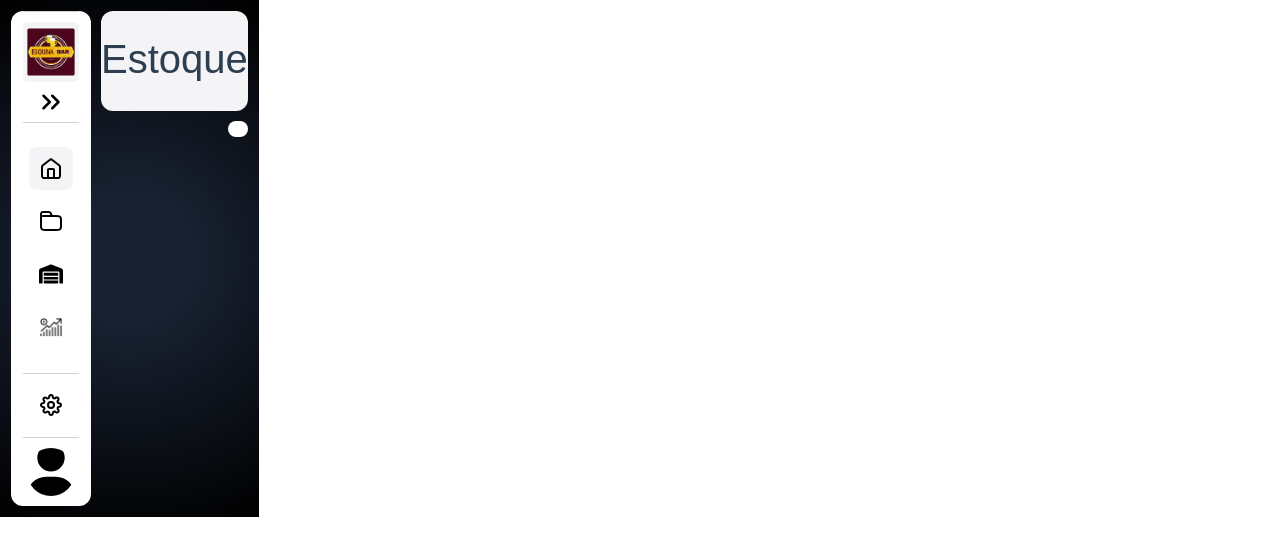
Repository: jazaoo13/Projeto_Oficina_Integracao
Page: / (app in Aplicacao_vue/)
These files come from the project's save history. The page is drawn as it stood at one moment and after the next save; the edit follows.
The browser window is 1280 px wide. The pictures show the whole page.
The page's requests for data from a server got no answer. The project was rebuilt for these pictures with package versions that can differ from the ones it lists, and the page was loaded fresh each time. No one was signed in, and anything a server would have sent is missing. Also part of the build but not shown: Aplicacao_vue/vue.config.js, Aplicacao_vue/src/View/jazao.vue.

Above is the page before, as saved 2023-12-02 21:12:33.

### Aplicacao_vue/public/index.html
<!DOCTYPE html>
<html lang="">
  <head>
    <meta charset="utf-8">
    <meta name="viewport" content="width=device-width, initial-scale=1">
    <meta http-equiv="X-UA-Compatible" content="IE=edge">
    <meta name="viewport" content="width=device-width,initial-scale=1.0">
    <link rel="icon" href="<%= BASE_URL %>favicon.ico">
    <link href="https://cdn.jsdelivr.net/npm/bootstrap@5.3.2/dist/css/bootstrap.min.css" rel="stylesheet" integrity="sha384-T3c6CoIi6uLrA9TneNEoa7RxnatzjcDSCmG1MXxSR1GAsXEV/Dwwykc2MPK8M2HN" crossorigin="anonymous">
    <title>Controle de Bebidas</title>
  </head>
  <body>
    <script src="https://cdn.jsdelivr.net/npm/bootstrap@5.3.2/dist/js/bootstrap.bundle.min.js" integrity="sha384-C6RzsynM9kWDrMNeT87bh95OGNyZPhcTNXj1NW7RuBCsyN/o0jlpcV8Qyq46cDfL" crossorigin="anonymous"></script>
    <div id="app"></div>
    <!-- built files will be auto injected -->
  </body>
</html>

### Aplicacao_vue/src/main.js
import Vue from 'vue'
import App from './App.vue'
import {BootstrapVue, IconsPlugin} from 'bootstrap-vue';
import 'font-awesome/css/font-awesome.css';
import 'bootstrap-vue/dist/bootstrap-vue.css'
import 'bootstrap/dist/css/bootstrap.css'
import router from './router'
import Vuex from 'vuex'
import store from './store'

Vue.config.productionTip = false
Vue.use(BootstrapVue);
Vue.use(IconsPlugin);
Vue.use(Vuex);

new Vue({
  router,
  store,
  render: h => h(App)
}).$mount('#app')

### Aplicacao_vue/src/App.vue
<template>
  <div id="app">
    <router-view/>
  </div>
</template>

<style lang="scss">
#app {
  position: absolute;
  font-family: Avenir, Helvetica, Arial, sans-serif;
  -webkit-font-smoothing: antialiased;
  -moz-osx-font-smoothing: grayscale;
  text-align: center;
  color: #2c3e50;
}
*,
*::before,
*::after {
  box-sizing: unset;
}
// html, body{
//   position: fixed;
//   height: 100%;
// }
nav {
  padding: 30px;

  a {
    font-weight: bold;
    color: #2c3e50;

    &.router-link-exact-active {
      color: #42b983;
    }
  }
}
</style>

### Aplicacao_vue/src/router/index.js
import Vue from 'vue'
import VueRouter from 'vue-router'
import Home from '../View/Home.vue'
import jazao_component from '../View/jazao.vue'
Vue.use(VueRouter)

const routes = [
  {
    path: '/',
    name: 'home',
    component: Home
  },
  {
    path: '/jazao',
    name: 'Jazao',
    component: jazao_component
    //component: () => import(/* webpackChunkName: "about" */ '../View/HomeTeste.vue')
  },

]

const router = new VueRouter({
  mode: 'history',
  base: process.env.BASE_URL,
  routes
})

export default router

### Aplicacao_vue/src/store.js
import Vue from 'vue'
import Vuex from 'vuex'

Vue.use(Vuex)

const store = new Vuex.Store({
    data(){
        return{
            isActive: false
        }
    },
    state: {
        count: 0,
        isActive: false
    },
    mutations: {
        increment(state) {
            state.count++
        },
        setIsActive(state){
            state.isActive = !state.isActive
        }
    },

})
export default store

### Aplicacao_vue/src/View/Home.vue
<template>
    <div class="bodyClass">
        <div class="container-fluid">
            <div class="row">
                <Sidebar></Sidebar>
            </div>
            <div class="content-container">
                <HeaderPage></HeaderPage>
                <EstoqueView></EstoqueView>
            </div>
        </div>
    </div>
</template>

<script>
import axios from 'axios';
import Sidebar from './Sidebar.vue';
import HeaderPage from './Header.vue'
import EstoqueView from '../components/EstoqueView.vue'
export default {
    name: 'HomePage',
    components: {
        Sidebar,
        HeaderPage,
        EstoqueView
    },
    data() {
        return {
            lstApi: '',
        };
    },
    methods: {
        chamar_api() {
            let url = 'https://catfact.ninja/fact';
            axios
                .get(url, {

                })
                .then((resposta) => {
                    this.lstApi = resposta
                })
                .catch((erro) => console.log(erro));
        },
    },
    mounted() {
        this.chamar_api()
    },
};
</script>

<style lang="scss" scoped>
.bodyClass {
    background: radial-gradient(circle at 50% 50%, #192233 20%, #000);
    padding: 0.375rem;
    font-family: Poppins, sans-serif;
    display: flex;
}
.row{
    margin-right: 0px;
    margin-left: 0px;
}
.container-fluid {
  display: flex;
  flex-direction: row;
  padding-left: 5px;
  padding-top: 5px;
  padding-bottom: 5px;
  padding-right: 5px;
}
.content-container {
  display: flex;
  flex-direction: column;
  padding-left: 10px;
}
</style>

### Aplicacao_vue/src/View/Sidebar.vue
<template>
        <div class="sideBar" :class="{ 'isActive': this.$store.state.isActive }">
            <div class="sidebar-header" :class="{ 'isActive': this.$store.state.isActive }">
                <a class="logo-wrapper">
                    <img src="@/assets/logo_esquina.png" alt="Logo" :class="{ 'isActive': this.$store.state.isActive }">
                    <h2 :class="{ 'isActive': this.$store.state.isActive }">Bar da Esquina</h2>
                </a>
                <button class="toggle-btn" @click="toggle()">
                    <img class="imgBtnBack" src="../assets/expand.svg" alt="expand button">
                </button>
            </div>

            <div class="sidebar-links" :class="{ 'isActive': this.$store.state.isActive }">
                <a class="link active">
                    <img src="../assets/home.svg" alt="">
                    <span :class="{ 'isActive': this.$store.state.isActive }">Home</span>
                </a>
                <a class="link">
                    <img src="../assets/projects.svg" alt="">
                    <span :class="{ 'isActive': this.$store.state.isActive }">Cadastro</span>
                </a>
                <a class="link">
                    <img src="../assets/estoque.svg" alt="">
                    <span :class="{ 'isActive': this.$store.state.isActive }">Estoque</span>
                </a>
                <a class="link">
                    <img src="../assets/vendas.png" alt="">
                    <span :class="{ 'isActive': this.$store.state.isActive }">Vendas</span>
                </a>
            </div>


            <div class="sidebar-bottom" :class="{ 'isActive': this.$store.state.isActive }">
                <div class="sidebar-links" :class="{ 'isActive': this.$store.state.isActive }">
                    <a class="link">
                        <img src="../assets/settings.svg" alt="">
                        <span :class="{ 'isActive': this.$store.state.isActive }">Configurações</span>
                    </a>
                </div>

                <div class="user-profile" :class="{ 'isActive': this.$store.state.isActive }">
                    <div class="user-avatar">
                        <img src="../assets/user.svg" alt="">
                    </div>
                    <div class="user-details" :class="{ 'isActive': this.$store.state.isActive }">
                        <p class="username">Usuario</p>
                        <p class="user-email">email@gmail.com</p>
                    </div>
                </div>
            </div>
        </div>
</template>

<script>
import { mapState } from 'vuex'
export default {
    name: "SiderBar",
    components: {
    },
    data() {
        return {
            //isActive:false,
            // imagens:{
            //     imagem1: url=''
            // }
            //array de objetos para os botoes laterais
        }
    },
    methods: {
        Abre_Cadastro() {

        },
        computed: {
            ...mapState(['isActive'])

        },
        toggle() {
            this.$store.commit('setIsActive');

            const toggleBtn = document.querySelector(".toggle-btn");
            toggleBtn.style.transform = this.$store.state.isActive ? "rotate(180deg)" : "rotate(0deg)";
        },
    },
    mounted() {

    },
}
</script>


<style lang="scss">
button,
a {
    all: unset;
    font: inherit;
    cursor: pointer;
    text-decoration: none !important;
}

a:hover {
    color: inherit !important;
}

.sideBar {
    width: 5rem;
    background-color: #ffffff;
    //padding: 1rem 0.75rem;
    border-radius: 0.75rem;
    display: flex;
    flex-direction: column;
    transition: width 500ms ease;
    &.isActive {
        width: 15rem;
    }
}

h2 {
    display: none;

    &.isActive {
        display: inline;
        font-size: 1.5rem;
    }
}

.sidebar-header,
.sidebar-links {
    padding-top: 10px;
    display: flex;
    justify-content: center;
    align-items: center;
    overflow: hidden;
    flex-direction: column;
    border-top: 1px solid rgb(211, 211, 211);
    &.isActive {
        justify-content: start;
        align-items: stretch;
    }
}
.sidebar-links {
    flex-direction: column;
    margin-bottom: auto;
    gap: 0.6rem;
    padding-bottom: 1.5rem;
    padding-top: 1.5rem;
}
.sidebar-header {
    &.isActive {
        align-items: cenetr;
    }
}

.logo-wrapper {
    display: flex;
    justify-content: start;
    align-items: center;
    gap: 1.25rem;
    text-decoration: none !important;
}

a.logo-wrapper:hover {
    color: inherit !important;
}

.logo-wrapper>img {
    width: 60px;
    height: 60px;
    background-color: #f4f4f6;
    padding: 0.4rem;
    border-radius: 0.5rem;

    &.isActive {
        width: 100px;
        height: 100px;
    }
}

.sideBar.sidebar-links {
    border-top: 1px solid rgb(211, 211, 211);
}

.link {
    display: flex;
    padding: 0.6rem;
    border-radius: 0.5rem;
    gap: 1.5rem;
}

span {
    display: none;

    &.isActive {
        display: inline;
    }
}

.link:hover,
.link.active:hover {
    background-color:#a4a4aa;
}

.link.active {
    background-color: #f4f4f6;
}

.link>img {
    width: 24px;
    height: 24px;
}

.sidebar-bottom .sidebar-links {
    padding-bottom: 10px;
    padding-top: 10px;
}

.toggle-btn {
    padding-top:5px;
    padding-bottom: 5px;
    transition: transform 0.25s ease;
    border-radius: 20px;
}
.toggle-btn:hover{
    background-color: #a4a4aa;
}

.user-profile {
    display: flex;
    justify-content: center;
    align-items: center;
    gap: 1.5rem;
    padding-top: 10px;
    padding-bottom: 10px;
    border-top: 1px solid rgb(211, 211, 211);

    &.isActive {
        justify-content: start;
        align-items: stretch;
    }
}

.user-avatar {
    width: 48px;
    height: 48px;
    cursor: pointer;
    transition: scale 0.2s ease;
    align-self: center;
}

.user-avatar img {
    width: 100%;
    height: 100%;
    border-radius: 50%;
    object-fit: cover;
}

.user-avatar:hover {
    scale: 1.1;
}

.user-details {
    align-self: center;
    overflow: hidden;
    display: none;
    padding-top: 15px;

    .username {
        font-size: 0.85rem;
        font-weight: 600;
    }

    .user-email {
        font-size: 0.8rem;
    }

    &.isActive {
        display: inline;
    }

}
.imgBtnBack{
    width: 50px;
    height: 30px;
}

</style>

### Aplicacao_vue/src/View/Header.vue
<template>
    <div>
        <div class="header" :class="{ 'isActive': this.$store.state.isActive }">
        <h1 class="titulo">Estoque</h1>
        </div>
    </div>
</template>

<script>
import { mapState } from 'vuex'
export default {
    name: "HeaderPage",
    data() {
        return {
            //isActive: false,
        }
    },
    computed: {
        ...mapState(['isActive'])

    },
}
</script>

<style lang="scss" scoped>
.header {
    //width: calc(100% - 85px);
    background-color: #f4f4f6;
    border-radius: 0.75rem;
    height: 100px;
    margin-left:auto;
    transition: width 500ms ease ;
    &.isActive{
        //width:calc(100% - 245px);
        transition: width 500ms ease ;
    }
}
.titulo{
    height: 100%;
    padding-top: 1.5rem;
}

// .header{

// }
</style>

### Aplicacao_vue/src/components/EstoqueView.vue
<template>
    <div class="fundo" :class="{ 'isActive': this.$store.state.isActive }">
        <div class="teste" >
            <ul class="listaItens">
                <!-- <li class="items">TESTE</li>
                <li class="items">TESTE</li>
                <li class="items">TESTE</li>
                <li class="items">TESTE</li>
                <li class="items">TESTE</li>
                <li class="items">TESTE</li>
                <li class="items">TESTE</li>
                <li class="items">TESTE</li>
                <li class="items">TESTE</li>
                <li class="items">TESTE</li>
                <li class="items">TESTE</li>
                <li class="items">TESTE</li>
                <li class="items">TESTE</li>
                <li class="items">TESTE</li>
                <li class="items">TESTE</li> -->
                <!-- <li class="items">TESTE</li>
                <li class="items">TESTE</li>
                <li class="items">TESTE</li> -->
            </ul>
        </div>
    </div>
</template>

<script>
import io from 'socket.io-client'
import { mapState } from 'vuex'
export default {
    name: "EstoqueView",
    data(){
        return{
            updateData: '',
        }
    },
    methods: {
        computed: {
            ...mapState(['isActive'])
        }
    },
    mounted(){

        // In your Vue.js component
        fetch('http://localhost:5000/test')
        .then(response => response.json())
        .then(data => console.log(data))
        .catch(error => console.error('Error:', error));

        const socket = io('http://localhost:5000');

        socket.on('uopdate_response',(data) =>{
            console.log('Received update:', data);
            this.updateData = data.data;
        })
    }
}
</script>

<style lang="scss" scoped>

.fundo{
    background-color: #ffffff;
    //width: calc(100% - 85px);
    margin-left: auto;
    border-radius: 20px;
    margin-top: 10px;
    margin-right: 0px;
    height: auto;
    transition: width 500ms ease;
    &.isActive {
        //width: calc(100% - 245px);
        transition: width 500ms ease;
    }
}

.items {
    background-color: black;
    //padding: 80px 100px;
    width: 150px;
    height: 300px;
    margin: 20px 10px 0px;
    border-radius: 20px;
    list-style-type: none;
    padding-top: 50px;
}

.listaItens {
    display: flex;
    flex-direction: row;
    flex-wrap: wrap;
    justify-content: space-evenly;
    padding-left: 10px;
    padding-right: 10px;
}</style>

After the next save:
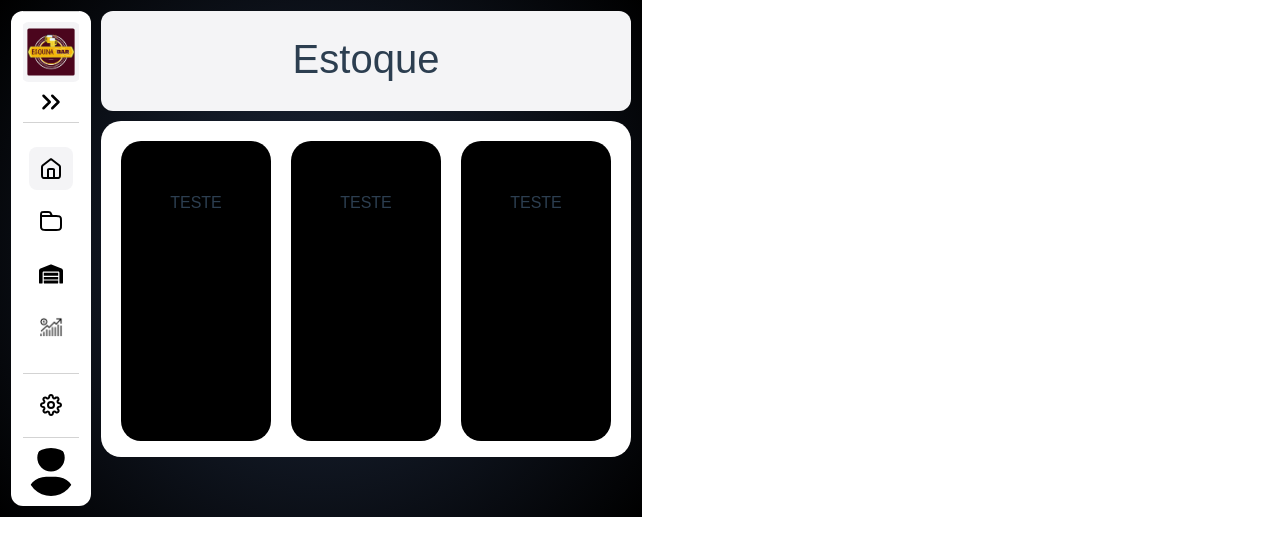
Saved 25 min 49 s later.
--- a/Aplicacao_vue/src/components/EstoqueView.vue
+++ b/Aplicacao_vue/src/components/EstoqueView.vue
@@ -17,9 +17,9 @@
                 <li class="items">TESTE</li>
                 <li class="items">TESTE</li>
                 <li class="items">TESTE</li> -->
-                <!-- <li class="items">TESTE</li>
+                <li class="items" @click="makePostRequest()">TESTE</li>
                 <li class="items">TESTE</li>
-                <li class="items">TESTE</li> -->
+                <li class="items">TESTE</li>
             </ul>
         </div>
     </div>
@@ -28,6 +28,27 @@
 <script>
 import io from 'socket.io-client'
 import { mapState } from 'vuex'
+function makePostRequest() {
+    const data = {
+        cod_barra: '123456',
+        peso: '500',
+    };
+
+    fetch('http://localhost:5000/update_database', {
+        method: 'POST',
+        headers: {
+            'Content-Type': 'application/json',
+        },
+        body: JSON.stringify(data),
+    })
+    .then(response => response.json())
+    .then(data => {
+        console.log('Response:', data);
+    })
+    .catch(error => {
+        console.error('Error:', error);
+    });
+}
 export default {
     name: "EstoqueView",
     data(){
